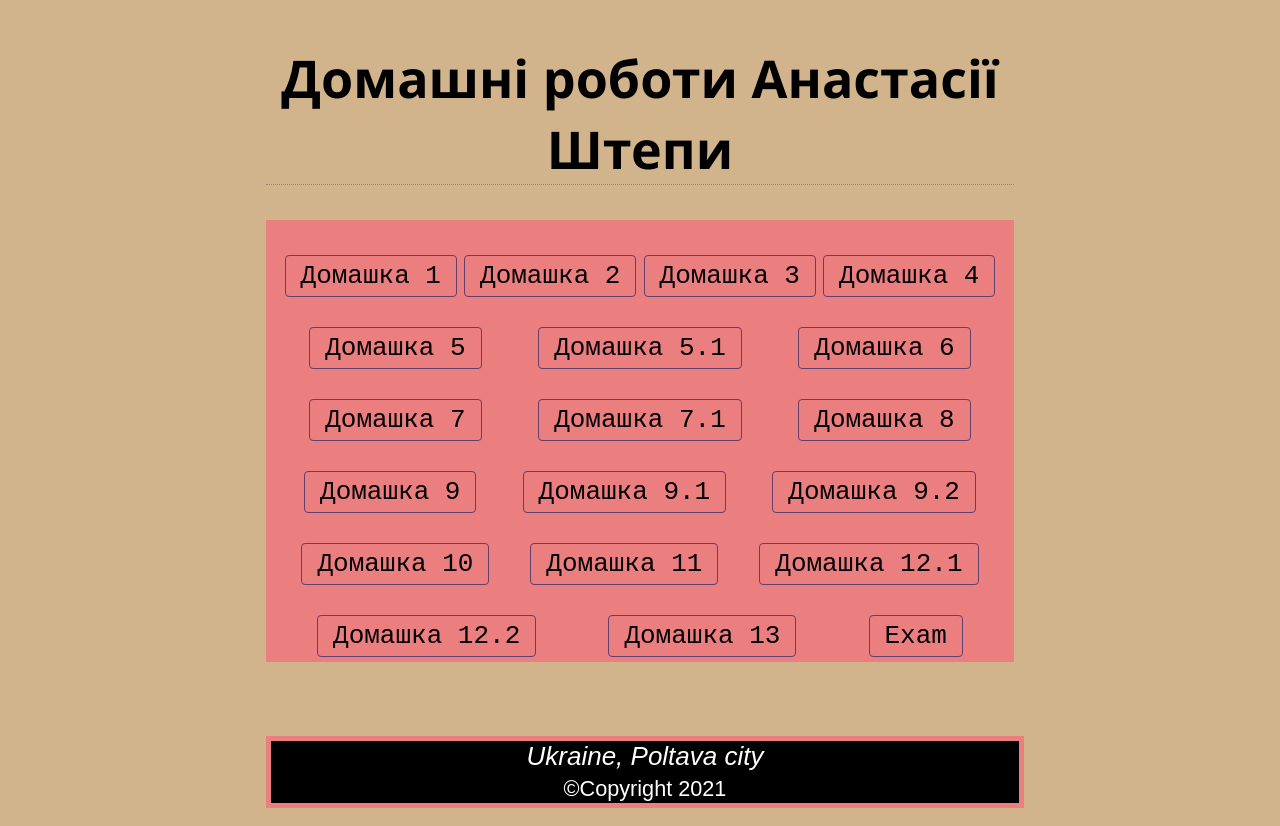
Repository: shtepaa/project-works.github.io
Page: index.html
These files come from the project's save history. The page is drawn as it stood at one moment and after the next save; the edit follows.
The browser window is 1280 px wide. The pictures show the part of the page from y = 318 to 1144 px (the page is 1144 px tall).

Above is the page before, as saved 2021-11-15 10:43:46.

### index.html
<!DOCTYPE html>
<html lang="en">
  <head>
    <meta charset="UTF-8" />
    <meta http-equiv="X-UA-Compatible" content="IE=edge" />
    <meta name="viewport" content="width=device-width, initial-scale=1.0" />
    <meta name="description" content="CV" />
    <meta
      name="author"
      content="Anastasiia Shtepa anastasiia.shtepa1990@gmail.com"
    />
    <title>Анастасия Штепа</title>
    <link type="text/css" rel="stylesheet" href="main.css" />
    <link rel="shortcut icon" href="./images/logo.png" type="image/png" />
  </head>
  <body>
    <!--Youtube -->
    <iframe
      width="100%"
      height="300"
      src="https://www.youtube.com/embed/FII4DRuiLLI"
      title="YouTube video player"
      frameborder="0"
      allow="accelerometer; autoplay; clipboard-write; encrypted-media; gyroscope; picture-in-picture"
      allowfullscreen
    ></iframe>
    <br />
    <header>
    <h1><b>Домашні роботи Анастасії Штепи</b></h1></header>
    <!--Домашки -->
    <div class=" container cover-box">
        <div class="cover"><a href="./resume2/index.html">Домашка 1</a></div>

        <div class="cover"><a href="./lesson-3-HTML5/lesson3.html">Домашка 2</a></div>

        <div class="cover"><a href="./lesson-4hard simple/simple/">Домашка 3</a></div>

        <div class="cover">
          <a href="./lesson-4hard simple/hard2/index.html">Домашка 4</a>
        </div>
        <div class="cover">
          <a href="./lesson-5-Figma/index.html">Домашка 5</a>
        </div>
        <div class="cover">
          <a href="./lesson 5.1 Photoshop/index.html">Домашка 5.1</a>
        </div>
        <div class="cover">
          <a href="./lesson 7/index.html">Домашка 6</a>
        </div>
        <div class="cover">
          <a href="./lesson-77/index.html">Домашка 7</a>
        </div>
        <div class="cover">
          <a href="./lesson-7.1/index.html">Домашка 7.1</a>
        </div>
        <div class="cover">
          <a href="./Les-8/index.html">Домашка 8</a>
        </div>
        <div class="cover">
          <a href="./lessons-9/index.html">Домашка 9</a>
        </div>
        <div class="cover">
          <a href="./lessons9.1/index.html">Домашка 9.1</a>
        </div>
        <div class="cover">
          <a href="./lessons- 9.2/index.html">Домашка 9.2</a>
        </div>

        <div class="cover">
          <a href="./lesson-10-homework/index.html">Домашка 10</a>
        </div>
        <div class="cover">
          <a href="./lesson-11-homework/index.html">Домашка 11</a>
        </div>
        <div class="cover">
          <a href="./lesson-12.1/index.html">Домашка 12.1</a>
        </div>
        <div class="cover">
          <a href="./lesson-12.2/index.html">Домашка 12.2</a>
        </div>
        <div class="cover">
          <a href="./lesson-13-home-work/index.html">Домашка 13</a>
        </div>
        <div class="cover">
          <a href="./game-store-main/war-star-exam/index.html">Exam</a>
        </div>
      </div>

    <!-- Локація -->
    <footer>
      <address>Ukraine, Poltava city</address>
      <small> &copy;Copyright 2021 </small>
    </footer>
  </body>
</html>

### main.css
@font-face {
  font-family: "Emblema One";
  src: url("./EmblemaOne-Regular.woff"), url("./EmblemaOne-Regular.ttf");
}

body {
  color: #000000;
  background-color: #d2b48c;
  margin-left: 20%;
  margin-right: 20%;
  padding: 10px 10px 10px 10px;
  font-family: sans-serif;
  font-size: 26px;
}

h1 {
  font-family: "Segoe UI", Tahoma, sans-serif;
  color: #000000;
  border-bottom: thin dotted #888888;
  text-align: center;
}

div {
  font-family: monospace, monospace;
  text-align: center;
  padding: 5px 15px; /* Поля */
  color: #000; /* Цвет текста */
  background-color: #eb7e7f;

  margin-top: 30px;
}
div:hover {
  box-shadow: 0 0 5px rgba(0, 0, 0, 0.3); /* Тень */
  background: linear-gradient(
    to bottom,
    #623f6e,
    hsl(322, 38%, 86%)
  ); /* Градиент */

}
.cover {
  border: 1px solid #623f6e;
  border-radius: 4px;
  display: flex;
  padding: 5px 15px;
  background-color: #eb7e7f;
}
.cover:hover {
  box-shadow: 0 0 5px rgba(0, 0, 0, 0.3); /* Тень */
  background: linear-gradient(to bottom, #fcfff4, #e9e9ce); /* Градиент */
}
.container {
  display: flex;
  flex-wrap: wrap;
  justify-content: space-around;
  align-items: flex-start;
}
footer {
  color: #ffffff;
  margin: 5px;
  border: 5px solid #eb7e7f;
  background-color: #000000;
  width: 100%;
  text-align: center;
  margin-top: 10%;
  margin-right: 0%;
  margin-bottom: 0%;
  margin-left: 0%;
}
a {
  text-decoration: none;
  color: #000;
}

After the next save:
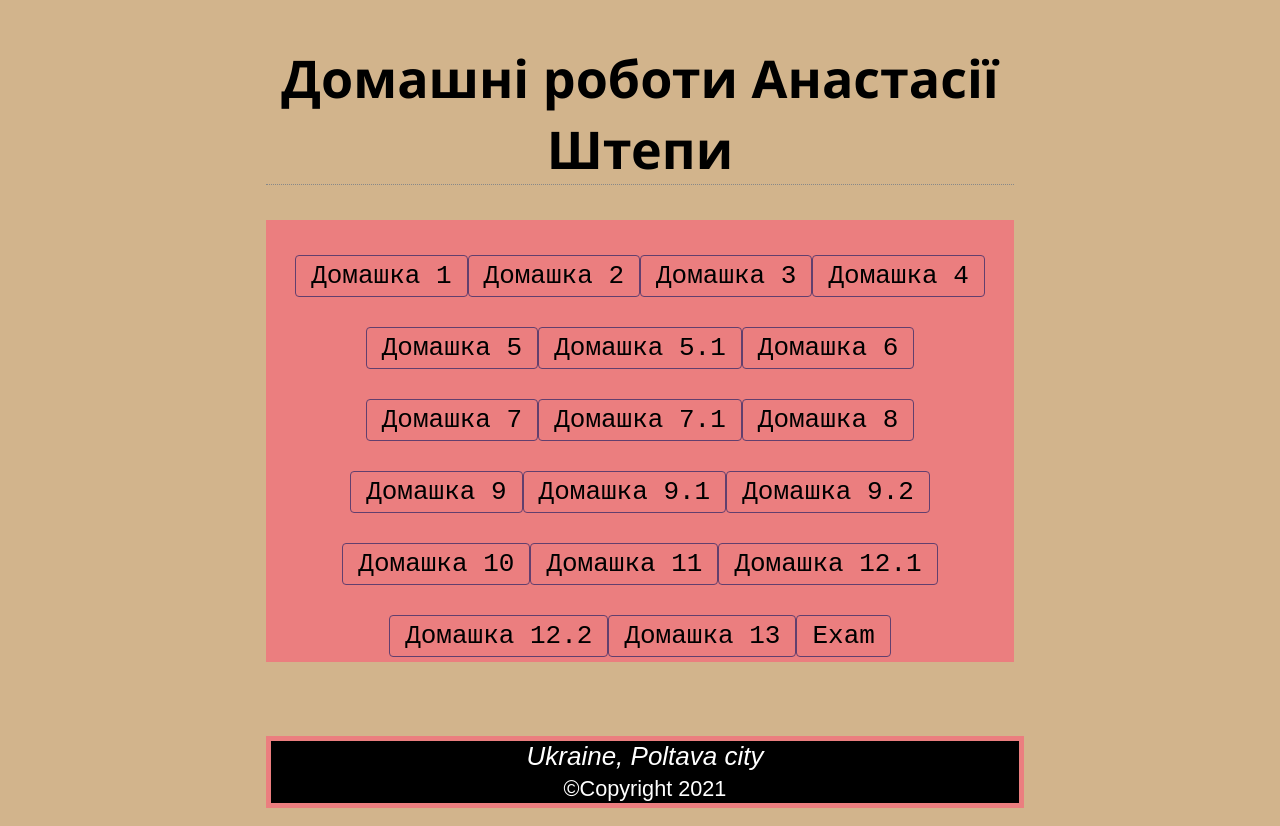
Saved 62 s later.
--- a/main.css
+++ b/main.css
@@ -52,7 +52,7 @@ div:hover {
 .container {
   display: flex;
   flex-wrap: wrap;
-  justify-content: space-around;
+  justify-content: center;
   align-items: flex-start;
 }
 footer {
